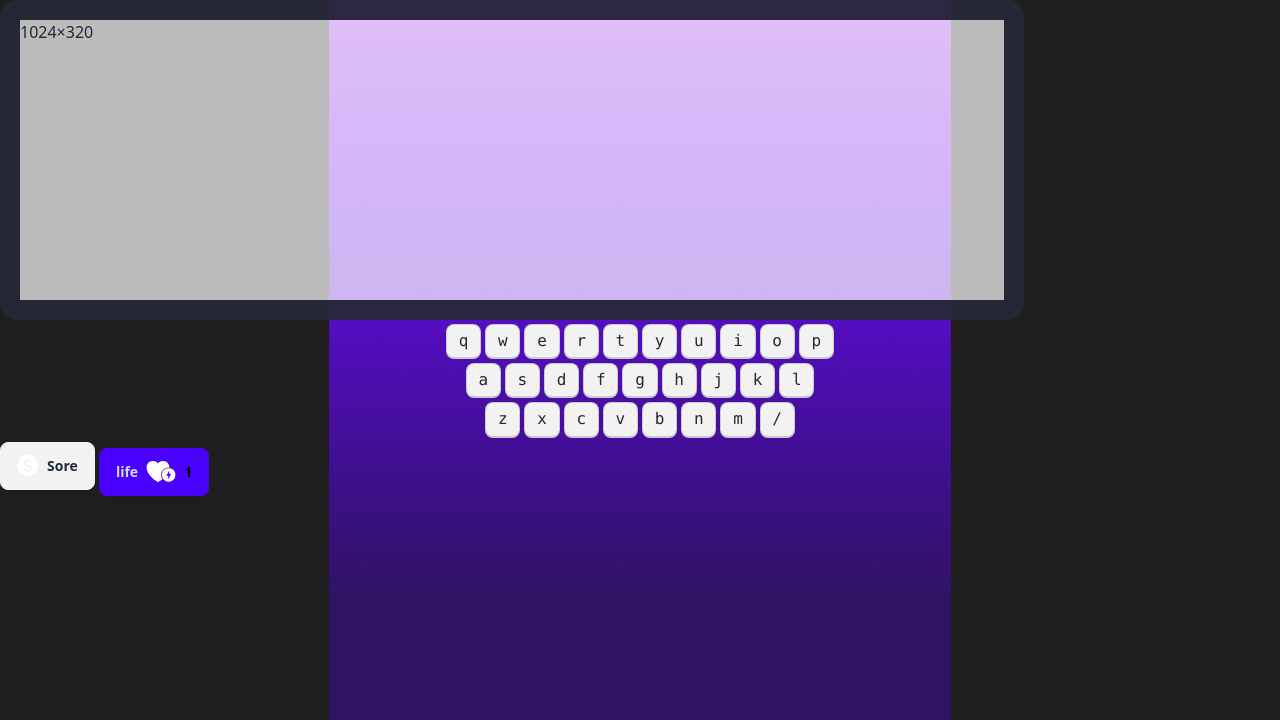
Repository: RudrasahaDibos/Alphabet-clash-
Page: index.html
An editor plug-in stored every save of this project. The page is shown before and after a run of saves, followed by the edit.
The browser window is 1280 px wide. The pictures show the whole page.
Some web fonts or font styles are not loaded; a fallback is used. Some web libraries are served in a nearby version.

Above is the page before, as saved 2024-11-04 12:20:55.

### index.html
<!DOCTYPE html>
<html lang="en">
    <head>
        <meta charset="UTF-8">
        <meta name="viewport" content="width=device-width, initial-scale=1.0">
        <title>Alphabet Clash</title>
        <!-- daisy apa -->
        <link
            href="https://cdn.jsdelivr.net/npm/daisyui@4.12.14/dist/full.min.css"
            rel="stylesheet" type="text/css" />
        <script src="https://cdn.tailwindcss.com"></script>

        <!-- custom css  -->
        <link rel="stylesheet" href="style.css">

    </head>
    <body>
        <main
            class="bg-[#1E1E1E] min-h-screen bg-[url(images/background.png)] bg-no-repeat bg-center ">
            <!-- home screen  start here -->
            <section class="min-h-screen flex justify-center items-center hidden">
                <div class="flex flex-col justify-center items-center gap-10 ">
                    <h1
                        class="text-white text-8xl font-extrabold anton-sc-regular uppercase ">ALPHABET
                        CLASH</h1>
                    <p class="text-white ">Unleash Your Keyboard Kung Fu : Press
                        “Enter” to Play</p>
                    <button class="btn bg-white text-black">Play Now </button>
                </div>
            </section>
            <!-- home screen end here -->
            <!-- midlle screen start here -->
            <section>
                    <!-- display screen start here -->
                    <div class="artboard artboard-horizontal phone-6 border-[20px] border-[#010313CC] bg-[#FFFFFFB3] rounded-2xl">
                        1024×320
                    </div>
                     <!-- dispaly screen end here -->

                     <!-- keyboard start here  -->
                               <div>
                                <div class="my-1 flex w-full justify-center gap-1">
                                    <kbd class="kbd">q</kbd>
                                    <kbd class="kbd">w</kbd>
                                    <kbd class="kbd">e</kbd>
                                    <kbd class="kbd">r</kbd>
                                    <kbd class="kbd">t</kbd>
                                    <kbd class="kbd">y</kbd>
                                    <kbd class="kbd">u</kbd>
                                    <kbd class="kbd">i</kbd>
                                    <kbd class="kbd">o</kbd>
                                    <kbd class="kbd">p</kbd>
                                  </div>
                                  <div class="my-1 flex w-full justify-center gap-1">
                                    <kbd class="kbd">a</kbd>
                                    <kbd class="kbd">s</kbd>
                                    <kbd class="kbd">d</kbd>
                                    <kbd class="kbd">f</kbd>
                                    <kbd class="kbd">g</kbd>
                                    <kbd class="kbd">h</kbd>
                                    <kbd class="kbd">j</kbd>
                                    <kbd class="kbd">k</kbd>
                                    <kbd class="kbd">l</kbd>
                                  </div>
                                  <div class="my-1 flex w-full justify-center gap-1">
                                    <kbd class="kbd">z</kbd>
                                    <kbd class="kbd">x</kbd>
                                    <kbd class="kbd">c</kbd>
                                    <kbd class="kbd">v</kbd>
                                    <kbd class="kbd">b</kbd>
                                    <kbd class="kbd">n</kbd>
                                    <kbd class="kbd">m</kbd>
                                    <kbd class="kbd">/</kbd>
                                  </div>
                               </div>
                      <!-- keyboard end here -->

                      <!-- life and scrore button here -->
                               <div>
                                <button class="btn">
                                      <img src="images/love.svg" alt="">
                                      <span>Sore</span>
                                  </button>

                                  <button class="btn btn-primary">
                                     life
                                    <img src="images/dolar.svg" alt="">
                                    <span class="text-black">1</span>
                                  </button>
                               </div>
                      <!-- life and scrore button end here -->
            </section>
            <!-- midlle screen end here -->
             <!-- last screen start here -->
            <section>

            </section>
            <!-- last screen end here -->
        </main>
    </body>
</html>

### style.css


@import url('https://fonts.googleapis.com/css2?family=Anton+SC&family=Manrope:wght@200..800&display=swap');


.font-manrope {
    font-family: "Manrope", serif;
  }

  .anton-sc-regular {
    font-family: "Anton SC", sans-serif;
  }

After the next 4 saves:
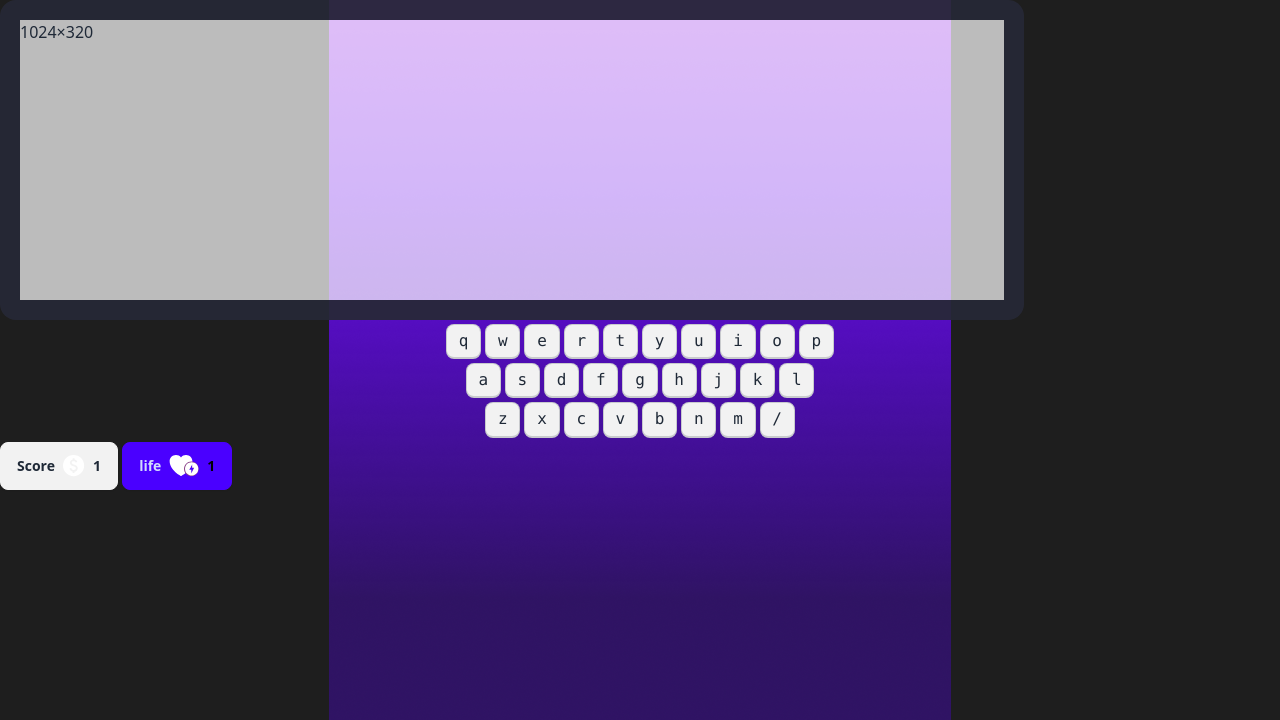
The 4 saves are shown as one change because they came seconds apart.
The last was saved 10 s later.
--- a/index.html
+++ b/index.html
@@ -78,8 +78,9 @@
                       <!-- life and scrore button here -->
                                <div>
                                 <button class="btn">
+                                    Score
                                       <img src="images/love.svg" alt="">
-                                      <span>Sore</span>
+                                      <span>1</span>
                                   </button>
 
                                   <button class="btn btn-primary">
